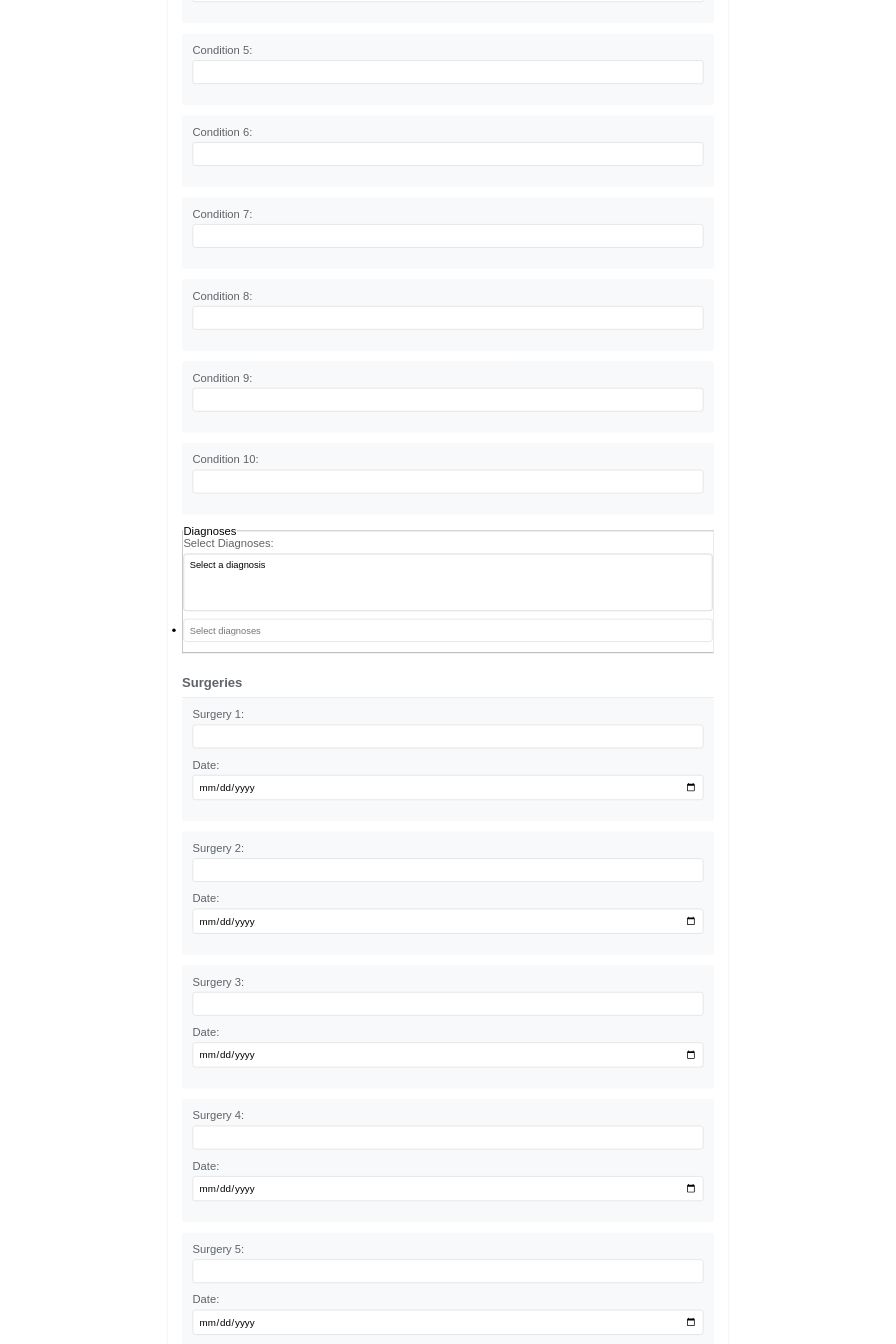
Repository: DavidG626/Flask-Project
Page: templates/update_medical_hx.html
These files come from the project's save history. The page is drawn as it stood at one moment and after a run of saves; the edit follows.
The browser window is 1280 px wide. The pictures show the part of the page from y = 4580 to 6500 px (the page is 11283 px tall before and 11250 px after), at 70% of full size.
Some web libraries are served in a nearby version. The template is drawn by Flask 3. The application's start-up code is not run. Other server files are loaded and not shown. The template is opened directly, without the code that normally fills it, so the values that code supplies are empty.

Above is the page before, as saved 2025-02-08 23:57:06.

### templates/update_medical_hx.html
<!DOCTYPE html>
<html lang="en">
<head>
    <meta charset="UTF-8">
    <meta name="viewport" content="width=device-width, initial-scale=1.0">
    <title>Patient Medical History</title>
    <link rel="stylesheet" type="text/css" href="/static/dashboard.css">
    <link rel="stylesheet" type="text/css" href="/static/update_med_hx.css">
    <link href="https://cdnjs.cloudflare.com/ajax/libs/font-awesome/6.0.0/css/all.min.css" rel="stylesheet">
    <script src="https://cdn.jsdelivr.net/npm/jquery@3.6.0/dist/jquery.min.js"></script>
    <script src="https://cdn.jsdelivr.net/npm/select2@4.1.0-rc.0/dist/js/select2.min.js"></script>
</head>


<body>
    <div class="update-form">
        <h2>Update Medical History</h2>
        <p class="small-text">Patient: {{ patient.first_name }} {{ patient.last_name }}</p>

        <form method="POST" action="{{ url_for('dashboard.update_medical_history', patient_id=patient.id) }}">
            <!-- Allergies Section -->
            <h3>Allergies</h3>
            {% for i in range(1, 16) %}
            <div class="form-section">
                <div class="form-group">
                    <label>Allergy {{ i }}:</label>
                    <input type="text" name="allergy_{{ i }}"
                           value="{{ patient.medical_history.allergies[i-1].allergy_name if patient.medical_history and patient.medical_history.allergies|length >= i else '' }}">
                </div>
                <div class="form-group">
                    <label>Severity:</label>
                    <input type="text" name="allergy_severity_{{ i }}"
                           value="{{ patient.medical_history.allergies[i-1].allergy_severity if patient.medical_history and patient.medical_history.allergies|length >= i else '' }}">
                </div>
                <div class="form-group">
                    <label>Reaction:</label>
                    <input type="text" name="allergy_reaction_{{ i }}"
                           value="{{ patient.medical_history.allergies[i-1].reaction if patient.medical_history and patient.medical_history.allergies|length >= i else '' }}">
                </div>
            </div>
            {% endfor %}

            <!-- Medical Conditions Section -->
            <h3>Medical Conditions</h3>
            {% for i in range(1, 11) %}
            <div class="form-section">
                <div class="form-group">
                    <label>Condition {{ i }}:</label>
                    <input type="text" name="condition_{{ i }}"
                           value="{{ patient.medical_history.medical_conditions[i-1].condition_name if patient.medical_history and patient.medical_history.medical_conditions|length >= i else '' }}">
                </div>
            </div>
            {% endfor %}

            <!-- Add the new diagnoses fieldset -->
            <fieldset>
                <legend>Diagnoses</legend>
                <div class="form-group">
                    <label>Select Diagnoses:</label>
                    <select name="diagnoses" multiple class="form-select">
                        <option value="">Select a diagnosis</option>
                        {% for code in icd10_codes %}
                            <option value="{{ code.id }}">{{ code.description }} ({{ code.code }})</option>
                        {% endfor %}
                    </select>
                </div>
            </fieldset>

            <!-- Surgeries Section -->
            <h3>Surgeries</h3>
            {% for i in range(1, 11) %}
            <div class="form-section">
                <div class="form-group">
                    <label>Surgery {{ i }}:</label>
                    <input type="text" name="surgery_{{ i }}"
                           value="{{ patient.medical_history.surgeries[i-1].surgery_name if patient.medical_history and patient.medical_history.surgeries|length >= i else '' }}">
                </div>
                <div class="form-group">
                    <label>Date:</label>
                    <input type="date" name="surgery_date_{{ i }}"
                           value="{{ patient.medical_history.surgeries[i-1].surgery_date.strftime('%Y-%m-%d') if patient.medical_history and patient.medical_history.surgeries|length >= i and patient.medical_history.surgeries[i-1].surgery_date else '' }}">
                </div>
            </div>
            {% endfor %}

            <!-- Medications Section -->
            <h3>Medications</h3>
            {% for i in range(1, 11) %}
            <div class="form-section">
                <div class="form-group">
                    <label>Medication {{ i }}:</label>
                    <input type="text" name="medication_{{ i }}"
                           value="{{ patient.medical_history.medications[i-1].medication_name if patient.medical_history and patient.medical_history.medications|length >= i else '' }}">
                </div>
                <div class="form-group">
                    <label>Dosage:</label>
                    <input type="text" name="dosage_{{ i }}"
                           value="{{ patient.medical_history.medications[i-1].dosage if patient.medical_history and patient.medical_history.medications|length >= i else '' }}">
                </div>
                <div class="form-group">
                    <label>Frequency:</label>
                    <input type="text" name="frequency_{{ i }}"
                           value="{{ patient.medical_history.medications[i-1].frequency if patient.medical_history and patient.medical_history.medications|length >= i else '' }}">
                </div>
            </div>
            {% endfor %}

            <!-- Smoking History -->
            <h3>Smoking History</h3>
            <div class="form-section">
                <div class="form-group">
                    <input type="checkbox" name="current_smoker"
                           {{ 'checked' if patient.medical_history and patient.medical_history.current_smoker }}>
                    <label>Current Smoker</label>
                </div>
                <div class="form-group">
                    <input type="checkbox" name="former_smoker"
                           {{ 'checked' if patient.medical_history and patient.medical_history.former_smoker }}>
                    <label>Former Smoker</label>
                </div>
                <div class="form-group">
                    <label>Quit Date:</label>
                    <input type="date" name="quit_date"
                           value="{{ patient.medical_history.quit_date.strftime('%Y-%m-%d') if patient.medical_history and patient.medical_history.quit_date else '' }}">
                </div>
                <div class="form-group">
                    <input type="checkbox" name="never_smoker"
                           {{ 'checked' if patient.medical_history and patient.medical_history.never_smoker }}>
                    <label>Never Smoker</label>
                </div>
                <div class="form-group">
                    <input type="checkbox" name="passive_smoker"
                           {{ 'checked' if patient.medical_history and patient.medical_history.passive_smoker }}>
                    <label>Passive Smoker</label>
                </div>
                <div class="form-group">
                    <input type="checkbox" name="vaping"
                           {{ 'checked' if patient.medical_history and patient.medical_history.vaping }}>
                    <label>Vaping</label>
                </div>
            </div>

            <!-- Alcohol Consumption -->
            <h3>Alcohol Consumption</h3>
            <div class="form-section">
                <div class="form-group">
                    <label>Wine per Week:</label>
                    <input type="number" name="wine_per_week"
                           value="{{ patient.medical_history.wine_per_week if patient.medical_history else '' }}">
                </div>
                <div class="form-group">
                    <label>Beer per Week:</label>
                    <input type="number" name="beer_per_week"
                           value="{{ patient.medical_history.beer_per_week if patient.medical_history else '' }}">
                </div>
                <div class="form-group">
                    <label>Liquor per Week:</label>
                    <input type="number" name="liquor_per_week"
                           value="{{ patient.medical_history.liquor_per_week if patient.medical_history else '' }}">
                </div>
            </div>

            <!-- Substance Use -->
            <h3>Substance Use</h3>
            <div class="form-section">
                <div class="form-group">
                    <input type="checkbox" name="marijuana"
                           {{ 'checked' if patient.medical_history and patient.medical_history.marijuana }}>
                    <label>Marijuana</label>
                </div>
                <div class="form-group">
                    <input type="checkbox" name="cocaine"
                           {{ 'checked' if patient.medical_history and patient.medical_history.cocaine }}>
                    <label>Cocaine</label>
                </div>
                <div class="form-group">
                    <input type="checkbox" name="meth"
                           {{ 'checked' if patient.medical_history and patient.medical_history.meth }}>
                    <label>Meth</label>
                </div>
                <div class="form-group">
                    <input type="checkbox" name="iv_drugs"
                           {{ 'checked' if patient.medical_history and patient.medical_history.iv_drugs }}>
                    <label>IV Drugs</label>
                </div>
            </div>

            <div class="buttons">
                <button type="submit" class="save-btn">Save Changes</button>
                <a href="{{ url_for('dashboard.patient_detail', patient_id=patient.id) }}" class="cancel-btn">Cancel</a>
            </div>
        </form>
    </div>
    <script>
        $(document).ready(function() {
            $('.form-select').select2({
                placeholder: 'Select diagnoses',
                allowClear: true,
                width: '100%'
            });
        });
        </script>
</body>
</html>

### static/dashboard.css
/* static/style.css */
html {
    font-size: 16px;
}
* {
    margin: 0;
    padding: 0;
    box-sizing: border-box;
    font-family: Arial, sans-serif;
}

.container {
    display: flex;
    height: 100vh;
}
.logo {
    font-size: 1.5rem;
    font-weight: bold;
    color: #1a73e8;
    margin-bottom: 20px;
    text-align: center;

}
/* Sidebar Styles */

.logged-user {
    text-align: center;
    color: #5f6368;
    font-size: 0.9rem;
    margin-bottom: 20px;
    padding: 0 10px;
    font-weight: 500;
}
.logout-link {
    display: block;
    color: #5f6368;
    font-size: 0.9rem;
    text-decoration: none;
    margin-top: 5px;
}

.logout-link:hover {
    color: #1a73e8;
}
/* Adjust logo margin */
.logo {
    margin-bottom: 10px;
}
.sidebar {
    width: 260px;
    background: white;
    padding: 20px;
    border-right: 1px solid #e1e4e8;
}

.new-button button {
    width: 100%;
    padding: 12px;
    background: #e8f0fe;
    color: #1a73e8;
    border: none;
    border-radius: 24px;
    cursor: pointer;
    font-weight: 500;
    display: flex;
    align-items: center;
    justify-content: center;
    gap: 8px;
    margin-bottom: 20px;
}

.sidebar nav ul a {
    list-style: none;
    text-decoration: none;
    color: inherit;
}

.sidebar nav ul li  {
    padding: 10px 12px;
    border-radius: 24px;
    cursor: pointer;
    display: flex;
    align-items: center;
    gap: 12px;
    color: #5f6368;
}


.sidebar nav ul li.active {
    background: #e8f0fe;
    color: #1a73e8;
}
.sidebar nav ul li,
.sidebar nav ul li a {
    display: flex;
    align-items: center;
    gap: 12px;
}

.sidebar nav ul li a {
    text-decoration: none;
    color: inherit;
    width: 100%; /* Ensure the link takes full width of the list item */
}
/* Main Content Styles */
main {
    flex: 1;
    background: #f8f9fa;
    display: flex;
    flex-direction: column;
}

header {
    background: white;
    padding: 8px 20px;
    border-bottom: 1px solid #e1e4e8;
}

.search-bar {
    position: relative;
    max-width: 720px;
}

.search-bar input {
    width: 100%;
    padding: 12px 16px 12px 40px;
    border: none;
    background: #f1f3f4;
    border-radius: 8px;
    font-size: 14px;
}

.search-bar i {
    position: absolute;
    left: 12px;
    top: 50%;
    transform: translateY(-50%);
    color: #5f6368;
}

.content {
    padding: 20px;
    flex: 1;
}

.toolbar {
    display: flex;
    justify-content: space-between;
    align-items: center;
    margin-bottom: 20px;
}

.view-options a {
    padding: 8px;
    cursor: pointer;
    color: #1a73e8;
    text-decoration: none;

}

.view-options a:visited {
    color: #1a73e8;
    text-decoration: none;

}

.view-options a:hover {
    color: #1a73e8;
    text-decoration: underline;

}

/* Table Styles */
.files-table {
    width: 100%;
    background: white;
    border-radius: 8px;
    border-collapse: collapse;
}

.files-table th,
.files-table td {
    padding: 12px 20px;
    text-align: left;
    border-bottom: 1px solid #e1e4e8;
}

.files-table th {
    color: #5f6368;
    font-weight: 500;
    font-size: 14px;
}

.file-cell {
    display: flex;
    align-items: center;
    gap: 12px;
}

.file-cell i {
    color: #5f6368;
}

.files-table tr:hover {
    background: #f8f9fa;
}

/* update.html */
.update-form {
    max-width: 500px;
    margin: 50px auto;
    padding: 20px;
    background: white;
    border-radius: 8px;
    box-shadow: 0 2px 4px rgba(0,0,0,0.1);
}

.form-group {
    margin-bottom: 15px;
}

.form-group label {
    display: block;
    margin-bottom: 5px;
    font-weight: bold;
}

.form-group input {
    width: 100%;
    padding: 8px;
    border: 1px solid #ddd;
    border-radius: 4px;
}

.buttons {
    margin-top: 20px;
}

.save-btn {
    background: #1a73e8;
    color: white;
    padding: 10px 20px;
    border: none;
    border-radius: 4px;
    cursor: pointer;
}

.cancel-btn {
    background: #f1f3f4;
    color: #5f6368;
    padding: 10px 20px;
    border: none;
    border-radius: 4px;
    text-decoration: none;
    margin-left: 10px;
}
.edit-btn {
    background: #1a73e8;
    color: white;
    padding: 8px 16px;
    border-radius: 4px;
    text-decoration: none;
    display: inline-block;
    margin-bottom: 20px;
}


.patient-card {
    background: white;
    border-radius: 8px;
    padding: 20px;
    margin: 10px 0;
    box-shadow: 0 2px 4px rgba(0,0,0,0.1);
    display: flex;
    align-items: center;
    text-decoration: none;  /* Remove default link underline */
    color: inherit;  /* Keep default text color */
    transition: all 0.2s ease;  /* Smooth hover effect */
}
.small-text {
    font-size: 14px;
    color: #5f6368;  /* matches your theme's gray color */
}

.patient-card:hover {
    background: #f8f9fa;
    transform: translateY(-2px);
    box-shadow: 0 4px 6px rgba(0,0,0,0.1);
}

.patient-card .fa-folder {
    color: #4a90e2;
    font-size: 24px;
    margin-right: 15px;
}

.patient-name {
    font-weight: bold;
    font-size: 16px;
    margin-right: 20px;
}

.patient-details {
    margin-left: auto;
}

.view-link {
    color: #4a90e2;
    text-decoration: none;
    margin-left: 15px;
}

.view-link:hover {
    text-decoration: underline;
}

.tabs {
    display: flex;
    gap: 5px;
    padding: 10px 10px 0;
    background: #f8f9fa;
    border-bottom: 1px solid #e1e4e8;
}

.tab {
    padding: 10px 20px;
    text-decoration: none;
    color: #5f6368;
    background: #f8f9fa;
    border: 1px solid transparent;
    border-radius: 4px 4px 0 0;
}

.tab:hover {
    color: #1a73e8;
}

.tab-pane {
    display: none;
    padding: 20px;
}

/* Show the targeted tab */
.tab-pane:target {
    display: block;
}

/* Show first tab by default when no tab is targeted */
.tab-pane:first-child:not(:target) {
    display: block;
}

/* Highlight active tab */
.tab:target {
    background: white;
    border-color: #e1e4e8;
    border-bottom-color: white;
    color: #1a73e8;
    margin-bottom: -1px;
}

/* Delete Buttons */
.view-link.delete {
    background: none;
    border: none;
    color: #dc3545;  /* Red color to indicate destructive action */
    cursor: pointer;
}

.view-link.delete:hover {
    color: #c82333;
}

/* drop down for ICD10 */
.form-select {
    width: 100%;
    padding: 8px;
    border: 1px solid #ccc;
    border-radius: 4px;
    margin-bottom: 10px;
}
/* START @MEDIA BASE FONT SIZE 16PX*/
@media (max-width: 1600px) {
    html {
        font-size: 16px;
    }
}
@media (max-width: 1200px) {
    html {
        font-size: 16px;
    }
}
@media (max-width: 992px) {
    html {
        font-size: 14px;
    }
}
@media (max-width: 768px) {
    html {
        font-size: 12px;
    }
}
@media (max-width: 600px) {
    html {
        font-size: 10px;
    }
}
/* END @MEDIA */

### static/update_med_hx.css
/* medical_history.css */


.update-form {
    max-width: 800px;  /* Wider than regular update form due to more fields */
    margin: 50px auto;
    padding: 20px;
    background: white;
    border-radius: 8px;
    box-shadow: 0 2px 4px rgba(0,0,0,0.1);
}

.update-form h2 {
    color: #1a73e8;
    margin-bottom: 20px;
}

.update-form h3 {
    color: #5f6368;
    margin-top: 30px;
    padding-bottom: 10px;
    border-bottom: 1px solid #e1e4e8;
}

.form-section {
    background: #f8f9fa;
    padding: 15px;
    border-radius: 4px;
    margin-bottom: 15px;
}

.form-group {
    margin-bottom: 15px;
}

.form-group label {
    display: block;
    margin-bottom: 5px;
    font-weight: 500;
    color: #5f6368;
}

.form-group input[type="text"],
.form-group input[type="date"],
.form-group input[type="number"] {
    width: 100%;
    padding: 8px;
    border: 1px solid #ddd;
    border-radius: 4px;
    font-size: 14px;
}

After the next 4 saves:
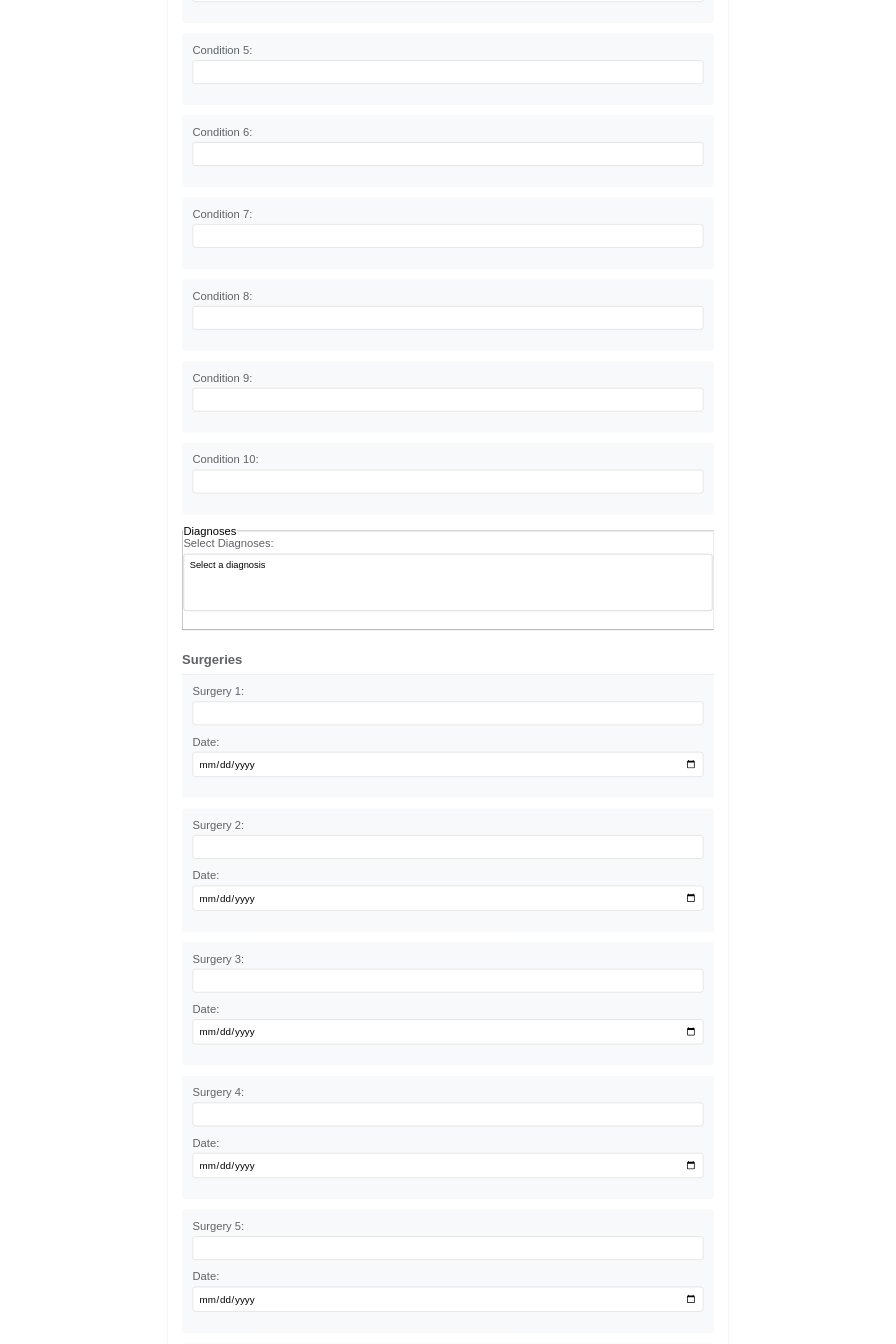
The 4 saves are shown as one change because they came seconds apart.
The last was saved 26 s later.
--- a/templates/update_medical_hx.html
+++ b/templates/update_medical_hx.html
@@ -7,8 +7,6 @@
     <link rel="stylesheet" type="text/css" href="/static/dashboard.css">
     <link rel="stylesheet" type="text/css" href="/static/update_med_hx.css">
     <link href="https://cdnjs.cloudflare.com/ajax/libs/font-awesome/6.0.0/css/all.min.css" rel="stylesheet">
-    <script src="https://cdn.jsdelivr.net/npm/jquery@3.6.0/dist/jquery.min.js"></script>
-    <script src="https://cdn.jsdelivr.net/npm/select2@4.1.0-rc.0/dist/js/select2.min.js"></script>
 </head>
 
 
@@ -191,14 +189,5 @@
             </div>
         </form>
     </div>
-    <script>
-        $(document).ready(function() {
-            $('.form-select').select2({
-                placeholder: 'Select diagnoses',
-                allowClear: true,
-                width: '100%'
-            });
-        });
-        </script>
 </body>
 </html>
